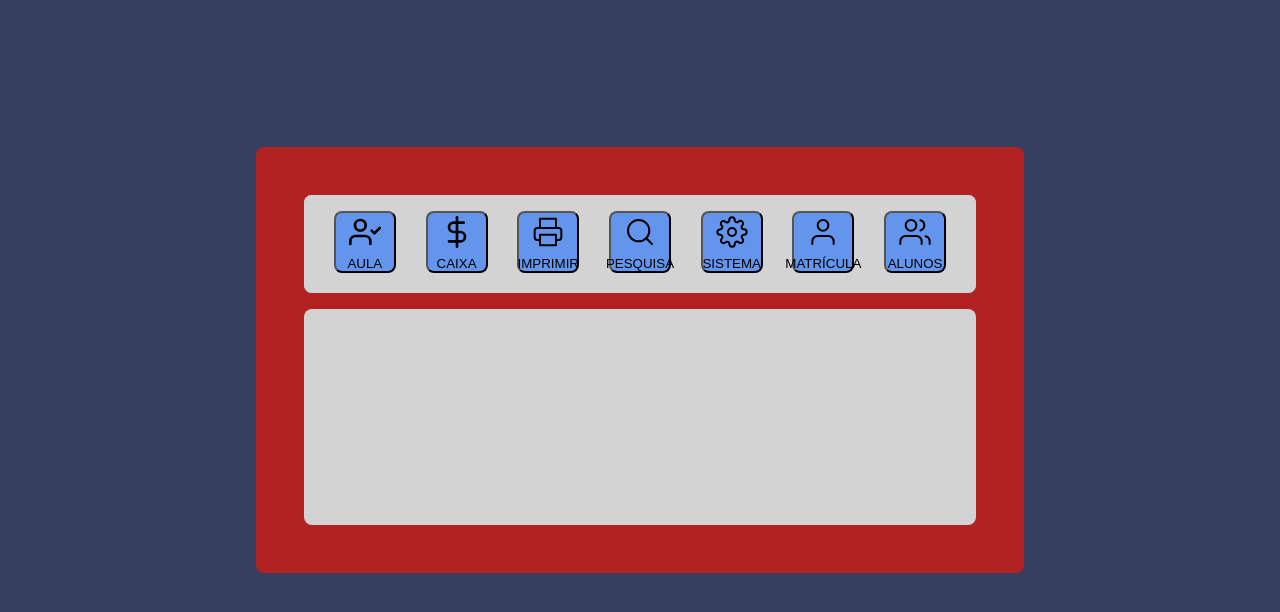
Repository: samantaProspero/projeto_integrador
Page: Versão Atual/PI_Vanila/index.html
These files come from the project's save history. The page is drawn as it stood at one moment and after the next save; the edit follows.
The browser window is 1280 px wide. The pictures show the whole page.

Above is the page before, as saved 2021-11-06 12:42:42.
Not found: Versão Atual/PI_Vanila/js/script.js

After the next save:
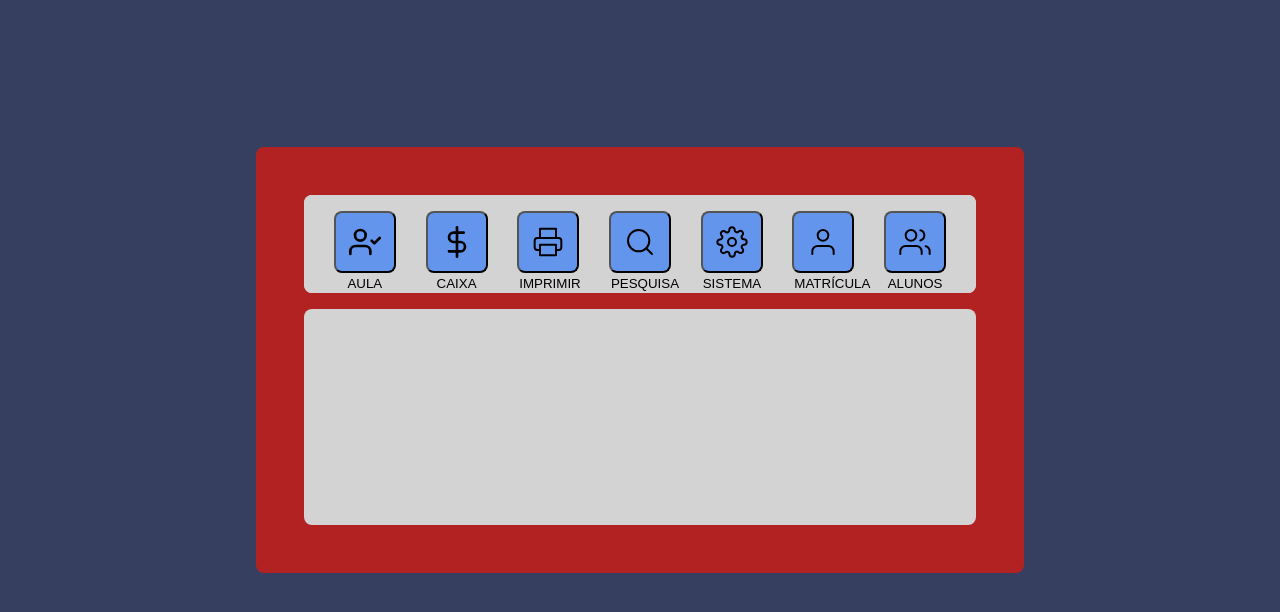
Saved 12 s later.
--- a/Versão Atual/PI_Vanila/_css/style.css
+++ b/Versão Atual/PI_Vanila/_css/style.css
@@ -53,10 +53,10 @@ padding-top: 0.7rem;
   margin: 5px;
   border-radius:  8px;
   background-color: var(--icon);
-  display: flex;
+  /* display: flex;
   flex-direction: column;
   align-items: center;
-  justify-content: space-between;
+  justify-content: space-between; */
 }
 .home-button{
 width: 100%;
